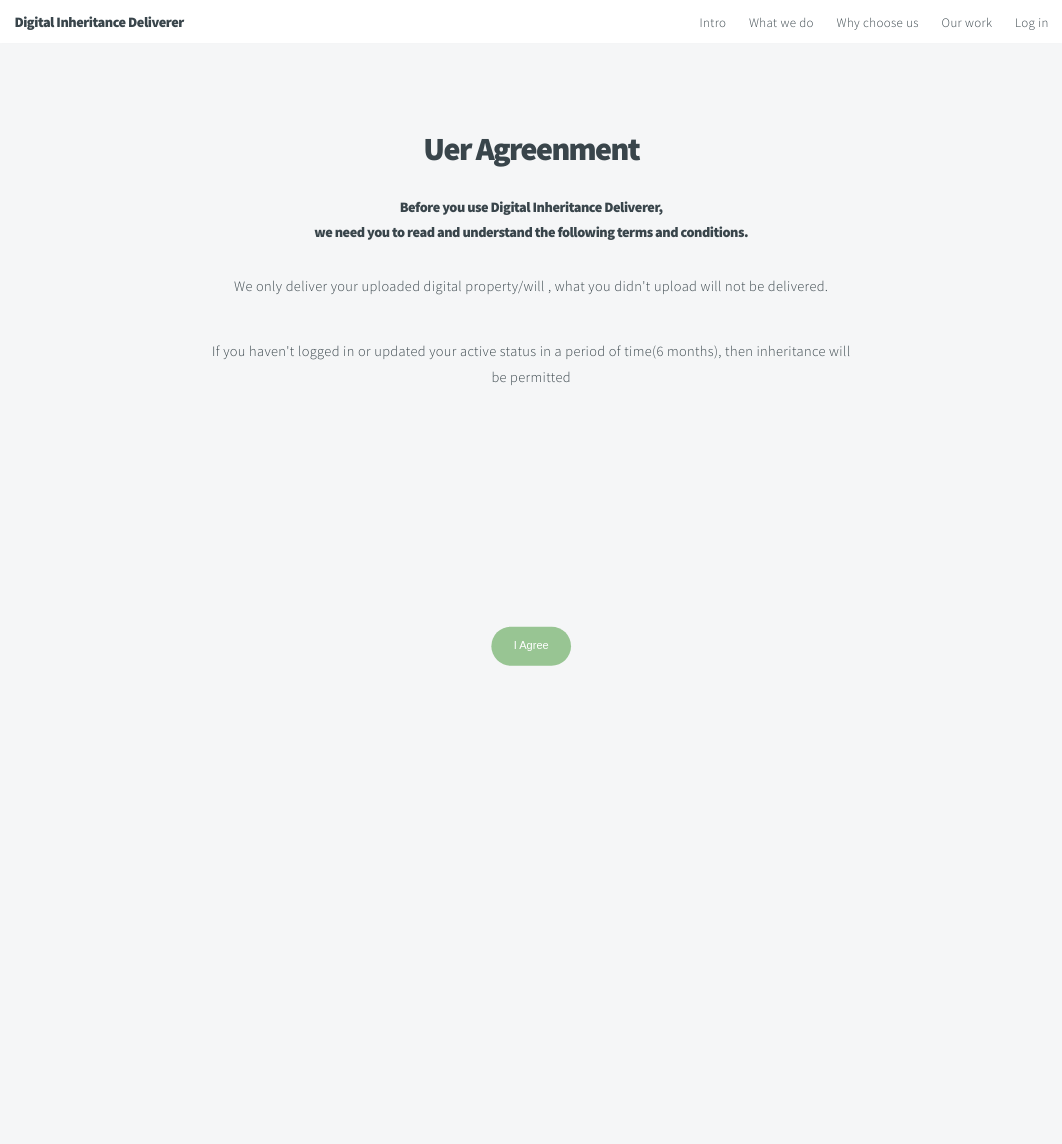
Repository: 1mocat/DID-blockchain-project
Page: Digital_I_D/app/src/UserAgreement.html
These files come from the project's save history. The page is drawn as it stood at one moment and after the next save; the edit follows.
The browser window is 1280 px wide. The pictures show the whole page, at 83% of full size.

Above is the page before, as saved 2023-09-26 22:15:16.

After the next save:
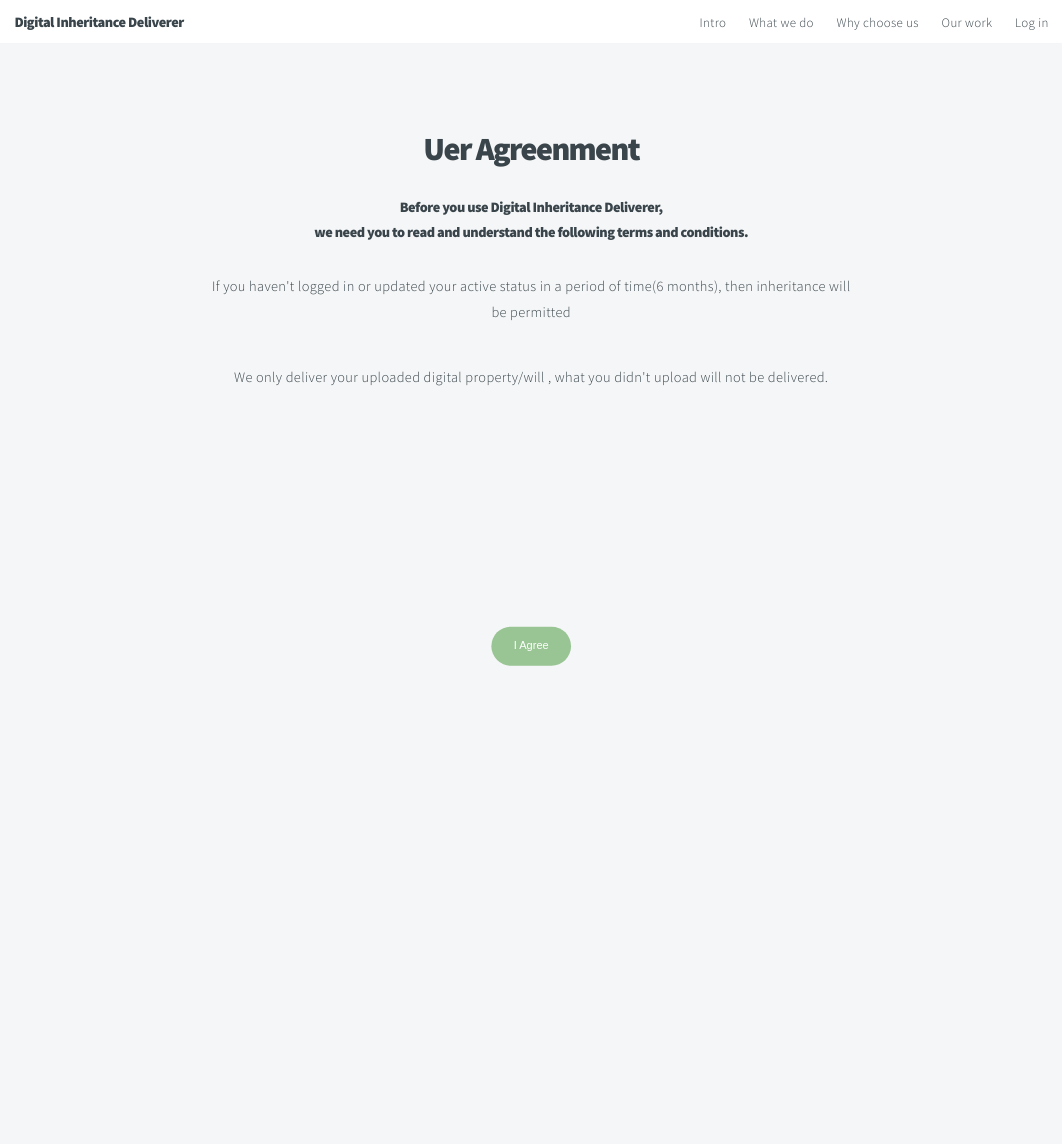
Saved 19 s later.
--- a/Digital_I_D/app/src/UserAgreement.html
+++ b/Digital_I_D/app/src/UserAgreement.html
@@ -30,8 +30,9 @@
 						<h2>Uer Agreenment</h2><br>
 						<h3>Before you use Digital Inheritance Deliverer,<br> we need you to read and understand the following terms and conditions.</h3>
 					</header>
+                    <p>If you haven't logged in or updated your active status in a period of time(6 months), then inheritance will be permitted</p><br>
 					<p>We only deliver your uploaded digital property/will , what you didn't upload will not be delivered.</p><br>
-                    <p>If you haven't logged in or updated your active status in a period of time(6 months), then inheritance will be permitted</p><br>
+
                     <p></p><br>
                     <p></p><br>
                     <p></p><br>
